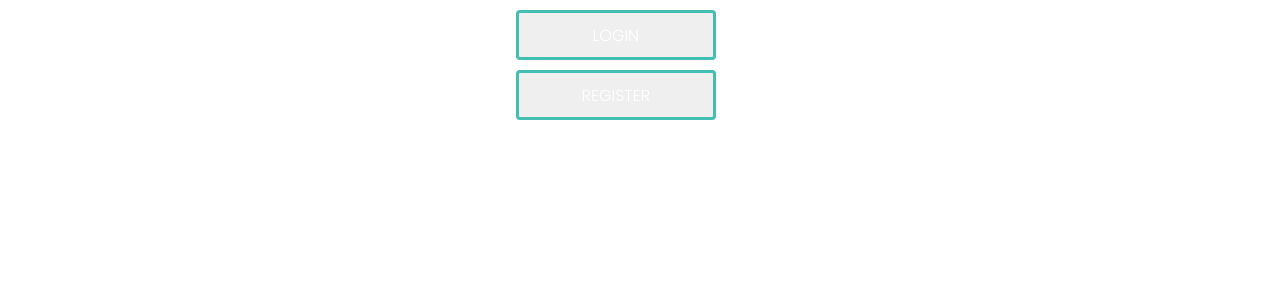
Repository: vu9ar/vu9ar.github.io
Page: WelcomePage/welcome.html
The author's editor kept a copy of each file at every save. The page is drawn from the files as they stood at one save, then again after the next save.
The browser window is 1280 px wide. The pictures show the whole page.

Above is the page before, as saved 2022-03-27 19:19:26.

After the next save:
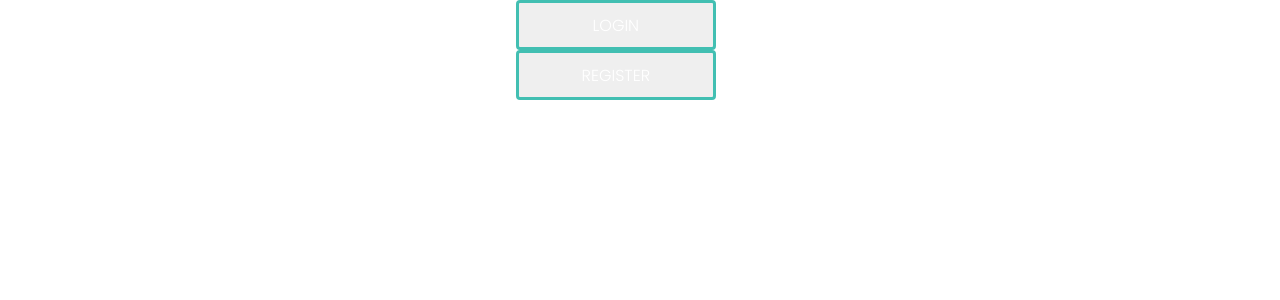
Saved 21 s later.
--- a/WelcomePage/style.css
+++ b/WelcomePage/style.css
@@ -51,8 +51,6 @@
     width: 200px;
     height: 50px;
     left: 40.3%;
-    margin-top: 10px;
-    bottom: 50%;
     border: none;
     color: white;
     border-radius: 4px;

After the save that followed:
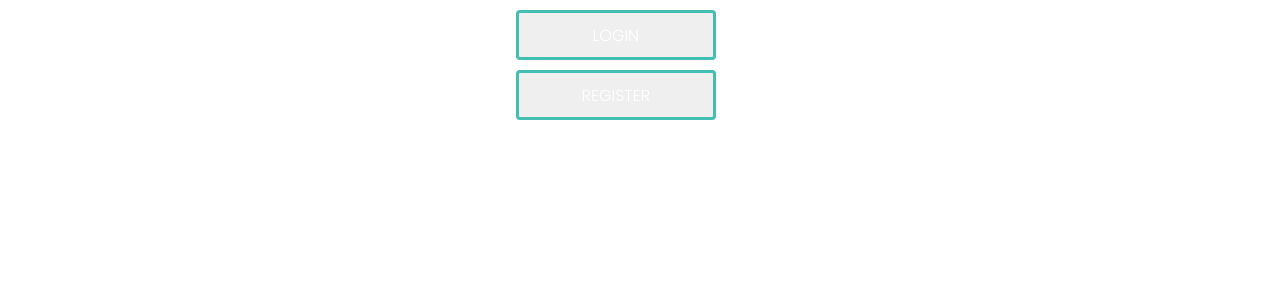
Saved 7 s later.
--- a/WelcomePage/style.css
+++ b/WelcomePage/style.css
@@ -51,6 +51,8 @@
     width: 200px;
     height: 50px;
     left: 40.3%;
+    margin-top: 10px;
+    bottom: 50%;
     border: none;
     color: white;
     border-radius: 4px;
